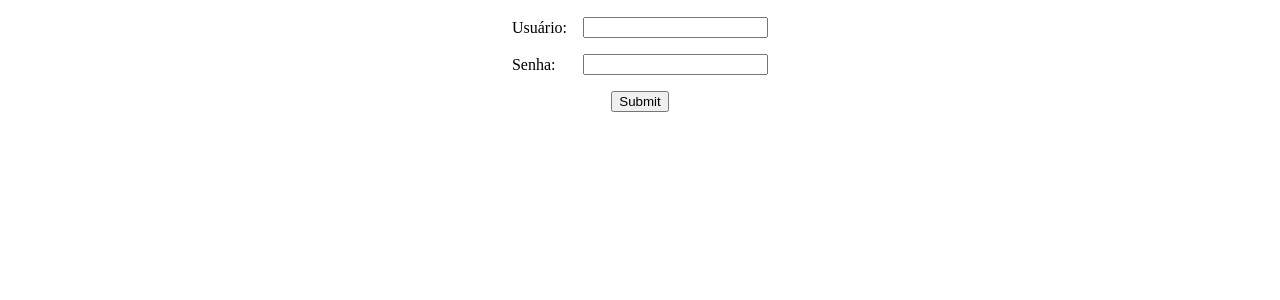
Repository: leonerdy-666/Estudos
Page: http://localhost/JavaWeb/Site.jsp
An editor plug-in stored every save of this project. The page is shown before and after the next save, followed by the edit.
The browser window is 1280 px wide. The pictures show the whole page.
The page is served by Tomcat 9.

Above is the page before, as saved 2023-04-10 23:17:22.

After the next save:
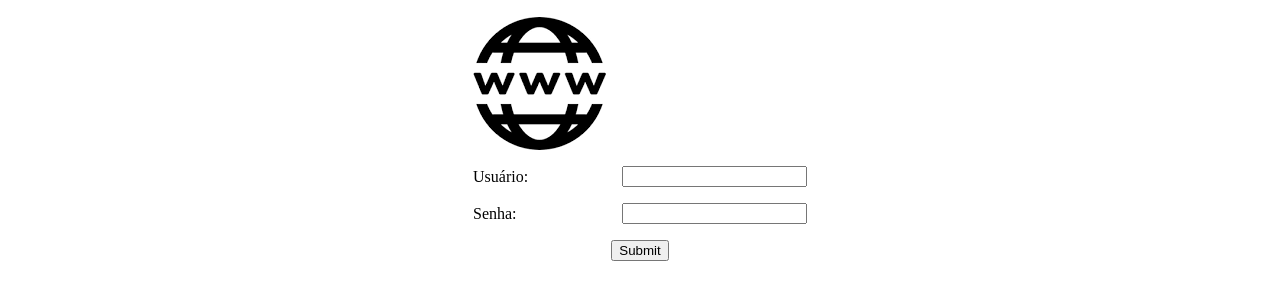
Saved 2 min 16 s later.
--- a/Udemy/Projeto/JavaWeb/src/main/webapp/Site.jsp
+++ b/Udemy/Projeto/JavaWeb/src/main/webapp/Site.jsp
@@ -4,12 +4,16 @@
 <html>
 <head>
 <meta http-equiv="Content-Type" content="text/html; charset=ISO-8859-1">
-<link rel="stylesheet" href="imagens/logo.png">
 <title>Site</title>
 </head>
 <body>
 	<form action="">
 		<table cellpadding="7" align="center">
+
+			<tr>
+				<td><img src="imagens/logo.png"></td>
+			</tr>
+
 			<tr>
 				<td>Usuário:</td>
 				<td><input type="text" name="txtUsuario" /></td>
